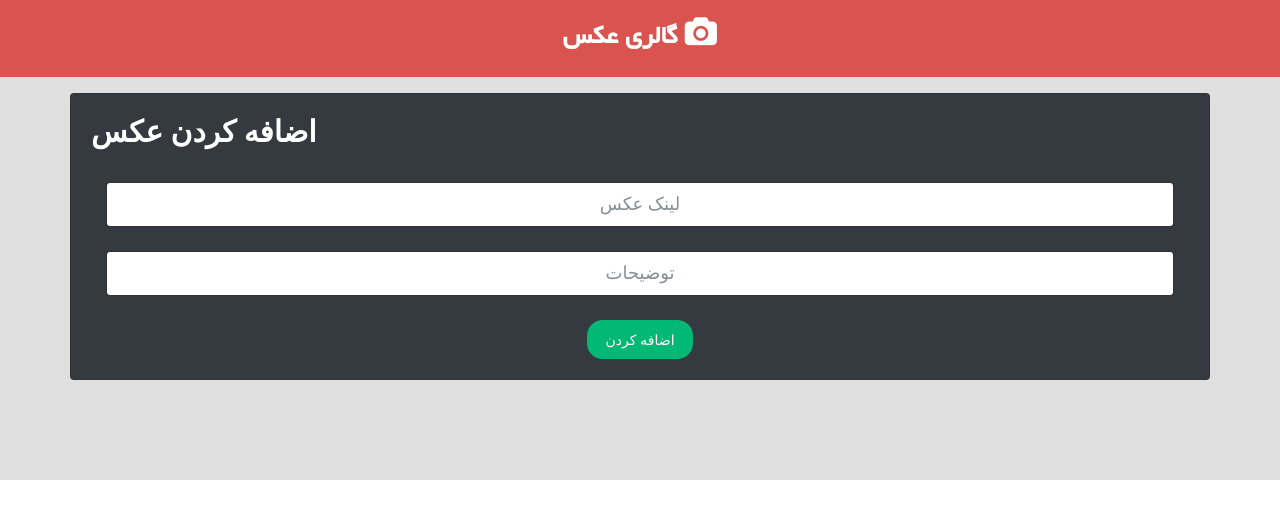
Repository: sadegh1379/PhotoWall-app
Page: /addphoto
An editor plug-in stored every save of this project. The page is shown before and after the next save, followed by the edit.
The browser window is 1280 px wide. The pictures show the whole page.
The project was rebuilt for these pictures with package versions that can differ from the ones it lists, and the page was loaded fresh each time. Also part of the build but not shown: src/Component/Photo.js, src/Component/PhotoWall.js.

Above is the page before, as saved 2020-02-22 13:25:53.

After the next save:
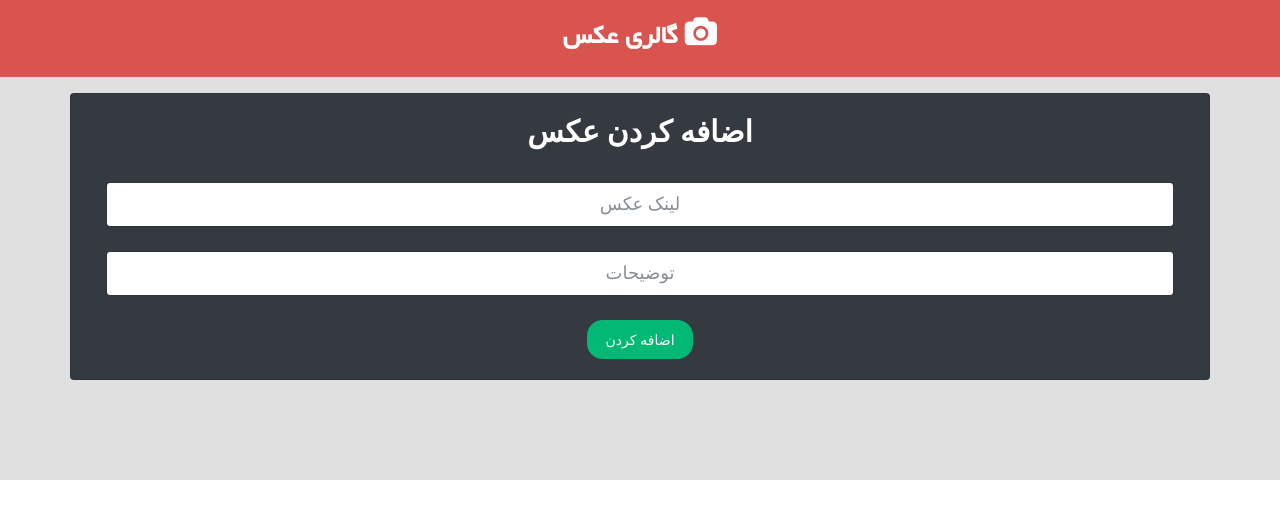
Saved 7 s later.
--- a/src/Component/AddPhoto.js
+++ b/src/Component/AddPhoto.js
@@ -4,7 +4,7 @@ export class AddPhoto extends Component {
     render() {
         return (
             <div className="card card-body bg-dark container">
-                <h3 className="text-white">اضافه کردن عکس</h3>
+                <h3 className="text-white text-center">اضافه کردن عکس</h3>
                 <form className="container add-form">
                     <input type="text" placeholder="لینک عکس" className="form-control my-4 text-center"/>
                     <input type="text" placeholder="توضیحات" className="form-control text-center" />
